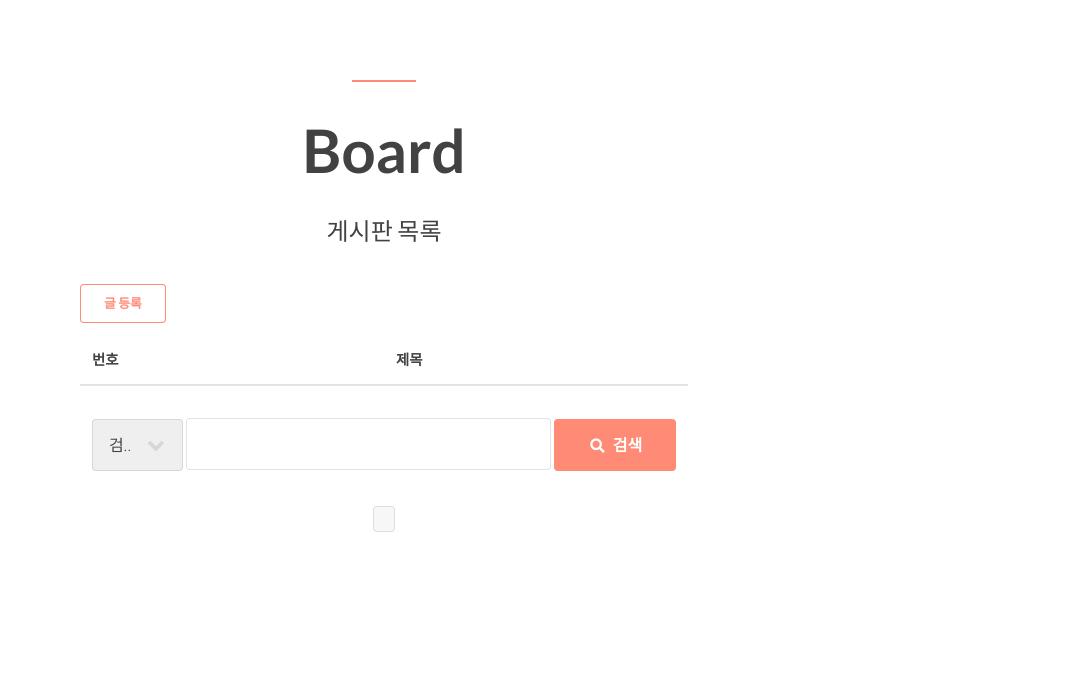
Repository: dlfud/SpringFramework
Page: http://localhost/board/WEB-INF/views/board/list.jsp
The author's editor kept a copy of each file at every save. The page is drawn from the files as they stood at one save, then again after the next save.
The browser window is 768 px wide. The page is 1088 px wide, so the pictures cover 1088 px, including what lies to the right of the window. The pictures show the whole page.
The page is served by Tomcat 9. Nobody is signed in. The template is opened directly, without the code that normally fills it, so the values that code supplies are empty.

Above is the page before, as saved 2022-08-27 05:54:05.

After the next save:
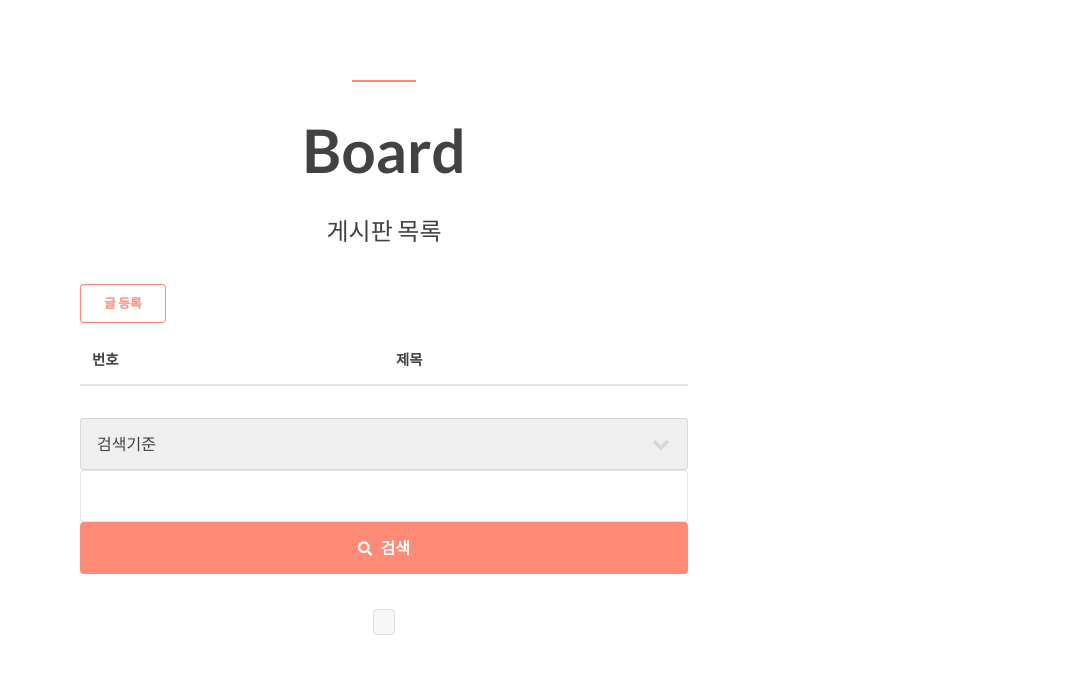
Saved 6 min 33 s later.
--- a/board/src/main/webapp/WEB-INF/views/board/list.jsp
+++ b/board/src/main/webapp/WEB-INF/views/board/list.jsp
@@ -35,6 +35,19 @@
 				.updateDate {display: none;}
 				.big-width{display:none;}
 				.small-width{display:block;}
+				select{
+					width:100%;
+					display:inline;
+				}
+
+				input[name='keyword']{
+					display:inline;
+					width:100%;
+				}
+
+				.search{
+					width:100%;
+				}
 			}
 		</style>
 	</head>
